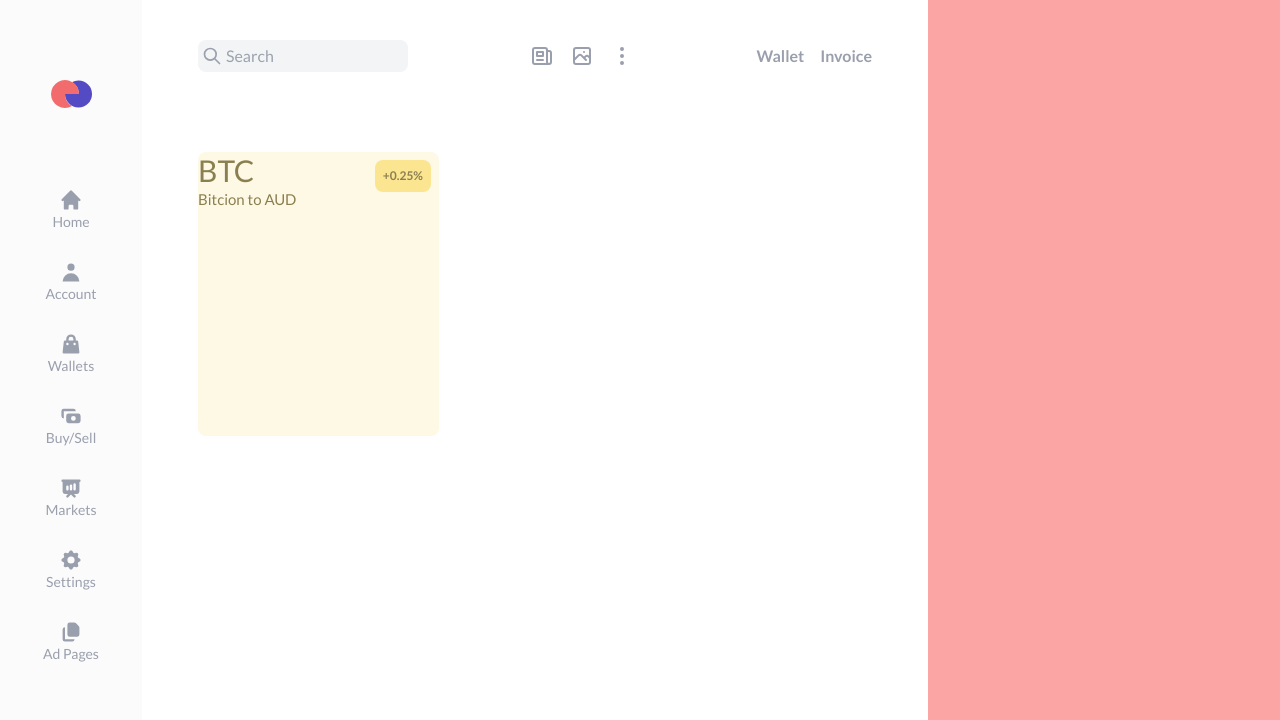
Repository: almaqdad55/crypto-app-nextjs
Page: /
These files come from the project's save history. The page is drawn as it stood at one moment and after the next save; the edit follows.
The browser window is 1280 px wide. The pictures show the whole page.
The project was rebuilt for these pictures with package versions that can differ from the ones it lists, and the page was loaded fresh each time. The framework's server and built-in components were replaced by stand-ins that run in the browser.

Above is the page before, as saved 2022-01-04 20:43:00.

### pages/index.js
import Head from 'next/head';
import Sidebar from '../components/Sidebar';
import Feed from '../components/Feed';
import Widget from '../components/Widget';

export default function Home() {
  return (
    <div className="">
      <Head>
        <title>Crypto Trade</title>
        <link rel="icon" href="/logo.svg" />
      </Head>

      <main className="flex">
        <Sidebar />
        <Feed />
        <Widget />
      </main>
    </div>
  );
}

### styles/globals.css
@import url('https://fonts.googleapis.com/css2?family=Lato:wght@300;400;700&display=swap');

@tailwind base;
@tailwind components;
@tailwind utilities;

@layer base {
  body {
    @apply bg-white font-Lato;
  }
}

@layer components {
  .icon-group {
    @apply flex flex-col  items-center text-sm cursor-pointer text-[#9A9FAD] hover:text-[#544AC3] transition duration-200;
  }
}

### components/Sidebar.jsx
import {
  HomeIcon,
  UserIcon,
  CashIcon,
  ShoppingBagIcon,
  PresentationChartBarIcon,
  CogIcon,
  DocumentDuplicateIcon,
} from '@heroicons/react/solid';

const Sidebar = () => {
  return (
    <div className="flex flex-col items-center  h-screen w-[142px]  bg-[#fbfbfb] ">
      <div className="mt-20">
        <img src="/logo.svg" alt="" />
      </div>
      <div className="mb-40 mt-20 flex flex-col space-y-7">
        <div className="icon-group group">
          <HomeIcon className="h-6 " />
          <span className="">Home</span>
        </div>
        <div className="icon-group group">
          <UserIcon className="h-6 " />
          <span className="">Account</span>
        </div>
        <div className="icon-group group">
          <ShoppingBagIcon className="h-6 " />
          <span className="">Wallets</span>
        </div>
        <div className="icon-group group ">
          <CashIcon className="h-6 " />
          <span className="">Buy/Sell</span>
        </div>
        <div className="icon-group group">
          <PresentationChartBarIcon className="h-6 " />
          <span className="">Markets</span>
        </div>
        <div className="icon-group group">
          <CogIcon className="h-6 " />
          <span className="">Settings</span>
        </div>
        <div className="icon-group group">
          <DocumentDuplicateIcon className="h-6 " />
          <span className="">Ad Pages</span>
        </div>
      </div>
    </div>
  );
};

export default Sidebar;

### components/Feed.jsx
import {
  DotsVerticalIcon,
  PhotographIcon,
  NewspaperIcon,
  SearchIcon,
} from '@heroicons/react/outline';

import Card from './Card';

// import { SearchIcon } from '@heroicons/react/solid';
const Feed = () => {
  return (
    <div className=" flex-grow  bg-white px-14 py-10 space-y-20">
      {/* Top Menu */}
      <div className="flex items-center  justify-between ">
        <div className="flex items-center bg-[#F2F4F5] rounded-lg p-1 space-x-1">
          <SearchIcon className="h-5 text-[#9A9FAD]" />
          <input
            type="text"
            placeholder={`Search`}
            className="outline-none bg-[#F2F4F5]"
          />
        </div>
        <div className="flex space-x-4 text-[#9A9FAD] ">
          <NewspaperIcon className="h-6 " />
          <PhotographIcon className="h-6 " />
          <DotsVerticalIcon className="h-6 " />
        </div>
        <div className="flex text-[16px] font-bold space-x-4 text-[#9A9FAD]  ">
          <p className="">Wallet</p>
          <p className="">Invoice</p>
        </div>
      </div>

      {/* Cards Display */}
      <div>
        <Card />
      </div>
    </div>
  );
};

export default Feed;

### components/Widget.jsx
const Widget = () => {
  return <div className="bg-red-300 min-w-[352px]"></div>;
};

export default Widget;

### components/Card.jsx
const Card = () => {
  return (
    <div className="w-[241px] h-[284px] bg-[#FDF9E5] rounded-lg relative text-[#8B7F50]">
      <div className="absolute bg-[#FBE591] text-[#8B7F50] text-xs rounded-lg p-2 font-bold top-2 right-2">
        +0.25%
      </div>
      <h1 className="text-3xl ">BTC</h1>
      <p className="text-[15px]">Bitcion to AUD</p>
    </div>
  );
};

export default Card;

### tailwind.config.js
module.exports = {
  content: [
    './pages/**/*.{js,ts,jsx,tsx}',
    './components/**/*.{js,ts,jsx,tsx}',
  ],
  theme: {
    extend: {
      fontFamily: {
        Lato: ['Lato', 'sans-serif'],
      },
    },
  },
  plugins: [],
};

Loaded but not shown: pages/_app.js (common file); pages/api/hello.js (common file); pages/api/city.js (no copy from this time; the picture is the same without it); pages/api/getYTData.js (no copy from this time; the picture is the same without it)

After the next save:
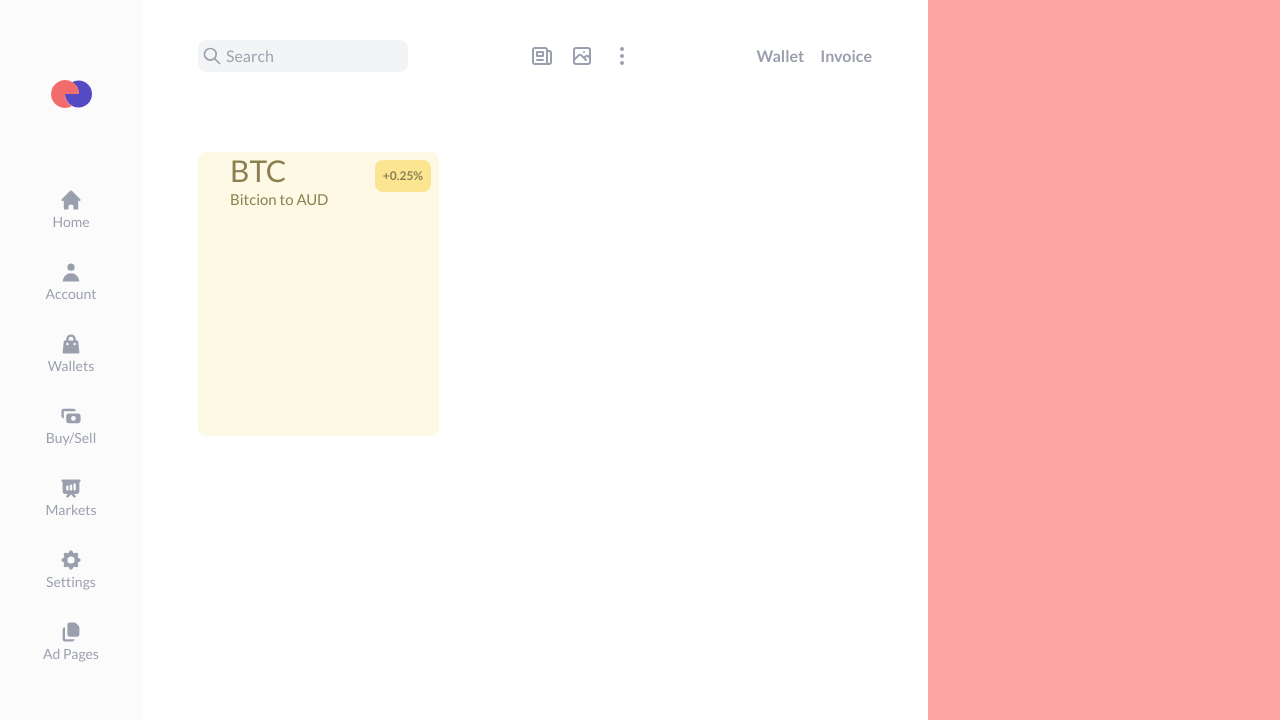
Saved 24 s later.
--- a/components/Card.jsx
+++ b/components/Card.jsx
@@ -1,6 +1,6 @@
 const Card = () => {
   return (
-    <div className="w-[241px] h-[284px] bg-[#FDF9E5] rounded-lg relative text-[#8B7F50]">
+    <div className="w-[241px] h-[284px] bg-[#FDF9E5] rounded-lg relative text-[#8B7F50] px-8">
       <div className="absolute bg-[#FBE591] text-[#8B7F50] text-xs rounded-lg p-2 font-bold top-2 right-2">
         +0.25%
       </div>
